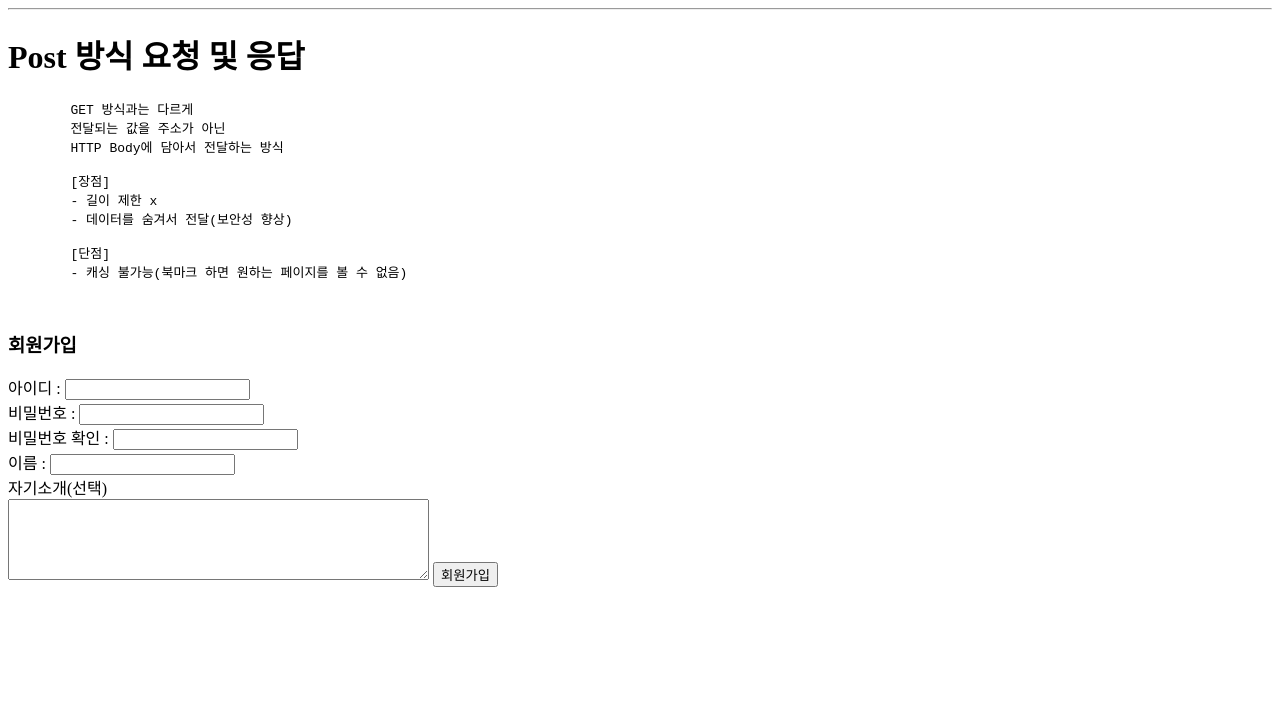
Repository: manggo999/05_Server
Page: ServletProject/src/main/webapp/index.html
These files come from the project's save history. The page is drawn as it stood at one moment and after the next save; the edit follows.
The browser window is 1280 px wide. The pictures show the whole page.

Above is the page before, as saved 2024-10-01 02:32:20.

### ServletProject/src/main/webapp/index.html
<!DOCTYPE html>
<html lang="en">
<head>
    <meta charset="UTF-8">
    <meta name="viewport" content="width=device-width, initial-scale=1.0">
    <title>Document</title>
</head>
<body>


    <hr>

    <h1> Post 방식 요청 및 응답</h1>
    <pre>
        GET 방식과는 다르게
        전달되는 값을 주소가 아닌
        HTTP Body에 담아서 전달하는 방식

        [장점]
        - 길이 제한 x
        - 데이터를 숨겨서 전달(보안성 향상)

        [단점]
        - 캐싱 불가능(북마크 하면 원하는 페이지를 볼 수 없음)

    </pre>

    <h3>회원가입</h3>

    <form action="/signUp" method="post">
        아이디 : <input type="text" name="inputId" required> <br>
        비밀번호 : <input type="password" name="inputPw" required> <br>
        비밀번호 확인 : <input type="password" required> <br>
        이름 : <input name="inputName" required> <br>

        자기소개(선택) <br>
        <textarea name="intro" cols="50" rows="5"></textarea>

        <!--button 태그의 type = "submit" 기본값-->
        <button>회원가입</button>

    </form>








</body>
</html>

After the next save:
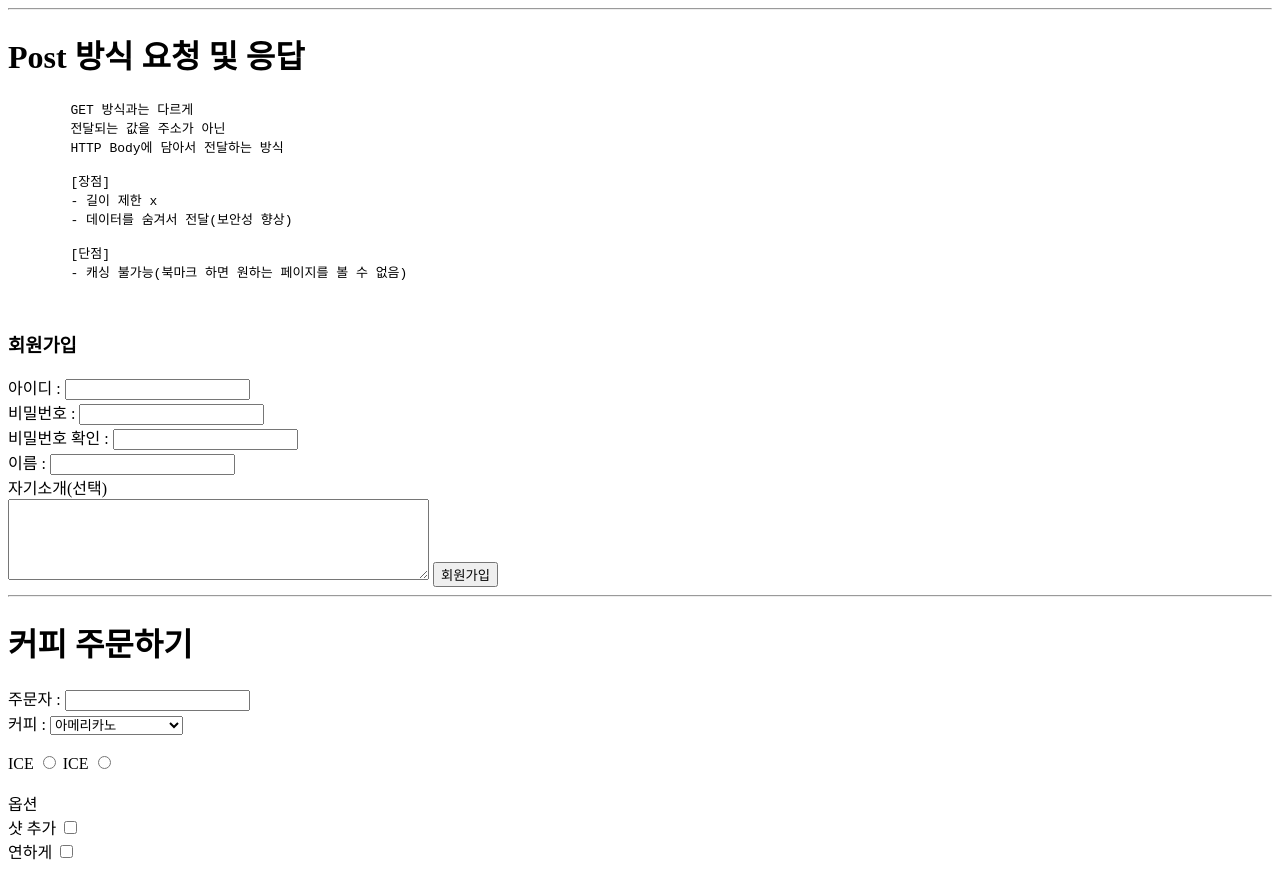
Saved 37 min 2 s later.
--- a/ServletProject/src/main/webapp/index.html
+++ b/ServletProject/src/main/webapp/index.html
@@ -42,6 +42,38 @@
     </form>
 
 
+    <hr>
+
+    <h1>커피 주문하기</h1>
+
+    <form action="/coffee" method="get">
+
+    </form>
+
+    주문자 : <input name="orderer">
+    <br>
+    커피 : <select name = "coffee">
+           <option>아메리카노</option>
+           <option>카페라떼</option>
+           <option>카푸치노</option>
+           <option>콜드브루</option>
+           <option>민트초코프라푸치노</option>
+           </select>
+
+     <br><br>
+
+     ICE <input type = "radio" name = "type" value = "ice">
+     ICE <input type = "radio" name = "type" value = "hot">
+
+     <br><br>
+     옵션 <br>
+     샷 추가 <input type="checkbox" name="opt" value="shot">
+     <br>
+     연하게 <input type="checkbox" name="opt" value="mild">
+
+
+
+
 
 
 
